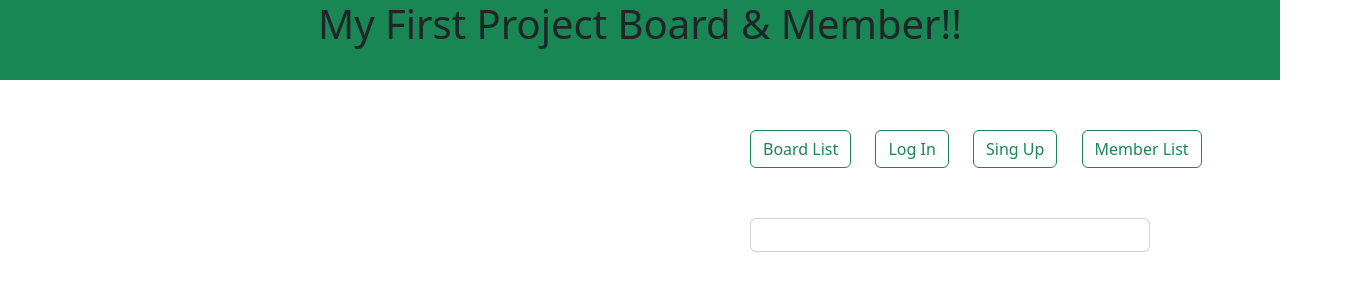
Repository: Raneechoi/java2022_09_03
Page: http://localhost/Project/mem/login_auth
The author's editor kept a copy of each file at every save. The page is drawn from the files as they stood at one save, then again after the next save.
The browser window is 1280 px wide. The page is 1350 px wide, so the pictures cover 1350 px, including what lies to the right of the window. The pictures show the whole page.
The page is served by Tomcat 9. Other server files are loaded and not shown. Queries for data that is not in the repository find no rows.

Above is the page before, as saved 2022-12-08 06:15:22.

### JSP_Board&Member/Project/src/main/webapp/index.jsp
<%@ page language="java" contentType="text/html; charset=UTF-8"
    pageEncoding="UTF-8"%>
<%@ taglib uri="http://java.sun.com/jsp/jstl/core" prefix="c" %>
<!DOCTYPE html>
<html>
<head>
<meta charset="UTF-8">
<title>Insert title here</title>
<!-- CSS only -->
<link href="https://cdn.jsdelivr.net/npm/bootstrap@5.2.2/dist/css/bootstrap.min.css" rel="stylesheet" integrity="sha384-Zenh87qX5JnK2Jl0vWa8Ck2rdkQ2Bzep5IDxbcnCeuOxjzrPF/et3URy9Bv1WTRi" crossorigin="anonymous">
<!-- JavaScript Bundle with Popper -->
<script src="https://cdn.jsdelivr.net/npm/bootstrap@5.2.2/dist/js/bootstrap.bundle.min.js" integrity="sha384-OERcA2EqjJCMA+/3y+gxIOqMEjwtxJY7qPCqsdltbNJuaOe923+mo//f6V8Qbsw3" crossorigin="anonymous"></script>
</head>
<body>
<div style="height: 80px; text-align: center; background-color: #198754;">
	<h1 style="text-align: center;">My First Project Board & Member!!</h1>
</div>

<div style="width: 600px; display:inline-block; margin-left: 750px; margin-top: 50px;">
		<a href="/bor/pageList" style="margin-right: 20px"><button class="btn btn-outline-success">Board List</button></a>
		<a href="/mem/login" style="margin-right: 20px"><button class="btn btn-outline-success">Log In</button></a>
		<a href="/mem/join" style="margin-right: 20px"><button class="btn btn-outline-success">Sing Up</button></a>
		<a href="/mem/list" ><button class="btn btn-outline-success">Member List</button></a>
</div>

<div class="card" style="width: 400px; display:inline-flex; margin-left: 750px; margin-top: 50px; ">
	 <div class="card-body" style="text-align: center;">
		<c:if test="${ses.email ne null && ses.email ne '' }">
			${ses.email } login 하였습니다. <br>
			계정생성일 : ${ses.reg_at } <br>
			마지막 접속 : ${ses.last_login } <br>
			<a href="/mem/modify?email=${ses.email }"><button type="button" class="btn btn-success" style="margin-top: 20px">회원정보 수정</button></a>
			<a href="/mem/logout?email=${ses.email }"><button type="button" class="btn btn-secondary" style="margin-top: 20px">로그아웃</button></a><br>
		</c:if>

		<c:if test="${ses.email ne null && ses.email ne '' }">
			<a href="/bor/register" ><button class="btn btn-success" style="margin-top: 20px">Board Register</button></a>
			<a href="/bor/list"><button class="btn btn-success" style="margin-top: 20px">My Board List</button></a><br>
		</c:if>
	</div>
</div>

<div style="margin-left: 900px; margin-top: 50px; ">
	<c:if test="${ses.email ne null && ses.email ne '' }">
		<a href="/mem/remove?email=${ses.email }"><button class="btn btn-outline-secondary">회원탈퇴</button></a>
	</c:if>
</div>
</body>
</html>

### JSP_Board&Member/Project/src/main/java/controller/MemberController.java
package controller;

import java.io.IOException;
import java.util.List;

import javax.servlet.RequestDispatcher;
import javax.servlet.ServletException;
import javax.servlet.annotation.WebServlet;
import javax.servlet.http.HttpServlet;
import javax.servlet.http.HttpServletRequest;
import javax.servlet.http.HttpServletResponse;
import javax.servlet.http.HttpSession;

import org.slf4j.Logger;
import org.slf4j.LoggerFactory;

import domain.MemberVO;
import service.MemberService;
import service.MemberServiceImpl;


@WebServlet("/mem/*")
public class MemberController extends HttpServlet {
	private static final long serialVersionUID = 1L;
	private static final Logger log = LoggerFactory.getLogger(MemberController.class);
    private RequestDispatcher rdp;
    private String destPage; //목적지 주소 기록 변수
    private int isOK;

    private MemberService msv; // interface로 생성 - service패키지에

    public MemberController() {
    	msv = new MemberServiceImpl();
    }

	protected void service(HttpServletRequest req, HttpServletResponse res) throws ServletException, IOException {
		req.setCharacterEncoding("utf-8");
		res.setCharacterEncoding("utf-8");
		res.setContentType("text/html; charset=utf-8");

		String uri = req.getRequestURI();
		String path = uri.substring(uri.lastIndexOf("/")+1);

		log.info(">>> URI > "+uri);
		log.info(">>> Path > "+path);
		switch (path) {
		case "login":
			destPage = "/member/login.jsp";
			break;

		case "login_auth":
			try {
				MemberVO mvo = msv.login(
						new MemberVO(
								req.getParameter("email"),
								req.getParameter("pwd")
								));
				log.info("login 객체 input");
				if(mvo != null) {
					//세션 가져오기. 연결된 세션이 없다면 새로 생성
					HttpSession ses = req.getSession();
					//ses로 mvo를 바인딩
					ses.setAttribute("ses", mvo);
					ses.setMaxInactiveInterval(10*60);  // 로그인 유지시간(10분)
				}else {
					req.setAttribute("msg_login", 0);
				}
				destPage="/";

			} catch (Exception e) {
				// TODO: handle exception
				e.printStackTrace();
			}
			break;

		case "join":
			try {
				destPage = "/member/join.jsp";
			} catch (Exception e) {
				e.printStackTrace();
			}
			break;

		case "register":
			isOK = msv.register(new MemberVO(
					req.getParameter("email"),
					req.getParameter("pwd"),
					req.getParameter("nick_name")
					));
			log.info(">>> join > "+(isOK > 0 ?"ok" :"fail"));
			destPage="login";
			break;

		case "logout":
			// 연결된 세션이 있다면 해당 세션을 가져오기
			try {
				HttpSession ses = req.getSession();
				ses.invalidate();  // 세션 끊기
				// 로그인된 email을 주고 로그인 시간 update
				isOK = msv.lastLogin(req.getParameter("email"));
				log.info(">>> lastLogin > "+(isOK > 0 ?"ok" :"fail"));
				destPage="/index.jsp";
			} catch (Exception e) {
				e.printStackTrace();
			}
			break;

		case "list":
			try {
				List<MemberVO> list = msv.getlist();
				req.setAttribute("list", list);
				destPage="/member/list.jsp";
			} catch (Exception e) {
				e.printStackTrace();
			}
			break;

		case "modify":
			try {
				log.info("modify check 1");
				MemberVO mvo = msv.selectOne(req.getParameter("email"));
				req.setAttribute("mvo", mvo);

				log.info("modify check 2");
				destPage = "/member/update.jsp";
			} catch (Exception e) {
				e.printStackTrace();
			}
			break;

		case "update":
			try {
				MemberVO mvo = new MemberVO(req.getParameter("email"), req.getParameter("pwd"), req.getParameter("nick_name"));
				int isOk = msv.update(mvo);
				destPage = "/";
			} catch (Exception e) {
				e.printStackTrace();
			}
			break;

		case "remove":
			try {
				HttpSession ses = req.getSession();
				ses.invalidate();  // 세션 끊기
				// 로그인된 email을 주고 로그인 시간 update
				isOK = msv.remove(req.getParameter("email"));
				log.info(">>> remove > "+(isOK > 0 ?"ok" :"fail"));
				destPage="/";

			} catch (Exception e) {
				e.printStackTrace();
			}
			break;

		default:
			break;
		}
		// 목적지 주소 값 세팅
		rdp = req.getRequestDispatcher(destPage);
		// 정보 싣고 보내기
		rdp.forward(req, res);
	}

	protected void doGet(HttpServletRequest req, HttpServletResponse res) throws ServletException, IOException {
		service(req, res);
	}

	protected void doPost(HttpServletRequest req, HttpServletResponse res) throws ServletException, IOException {
		service(req, res);
	}
}

### JSP_Board&Member/Project/src/main/java/service/MemberServiceImpl.java
package service;

import java.util.List;

import org.slf4j.Logger;
import org.slf4j.LoggerFactory;

import controller.MemberController;
import domain.MemberVO;
import repository.MemberDAO;
import repository.MemberDAOImpl;

public class MemberServiceImpl implements MemberService {

	private MemberDAO mdao;
	private static final Logger log = LoggerFactory.getLogger(MemberController.class);

	public MemberServiceImpl() {
		mdao = new MemberDAOImpl();
	}

	@Override
	public MemberVO login(MemberVO mvo) {
		log.info("login check 2");
		return mdao.selectOne(mvo);
	}

	@Override
	public int register(MemberVO mvo) {
		log.info("register check 2");
		return mdao.insert(mvo);
	}

	@Override
	public int lastLogin(String email) {
		log.info("lastLogin check 2");
		return mdao.update(email);
	}

	@Override
	public List<MemberVO> getlist() {
		log.info("list check 2");
		return mdao.listall();
	}

	@Override
	public int modify(MemberVO mvo) {
		log.info("modify check 2");
		return mdao.update(mvo);
	}

	@Override
	public MemberVO selectOne(String email) {
		// TODO Auto-generated method stub
		return mdao.selectOne(email);
	}

	@Override
	public int update(MemberVO mvo) {
		// TODO Auto-generated method stub
		return mdao.update(mvo);
	}

	@Override
	public int remove(String email) {
		// TODO Auto-generated method stub
		return mdao.remove(email);
	}
}

### JSP_Board&Member/Project/src/main/java/repository/MemberDAO.java
package repository;

import java.util.List;

import domain.MemberVO;

public interface MemberDAO {

	MemberVO selectOne(MemberVO mvo);

	int insert(MemberVO mvo);

	int update(String email);

	List<MemberVO> listall();

	int update(MemberVO mvo);

	MemberVO selectOne(String email);

	int remove(String email);

}

### JSP_Board&Member/Project/src/main/java/repository/MemberDAOImpl.java
package repository;

import java.util.List;

import org.apache.ibatis.session.SqlSession;
import org.slf4j.Logger;
import org.slf4j.LoggerFactory;

import domain.MemberVO;
import orm.DatabaseBuilder;

public class MemberDAOImpl implements MemberDAO {

	private static final Logger log = LoggerFactory.getLogger(MemberDAOImpl.class);
	private SqlSession sql;
	private final String NS = "MemberMapper.";

	public MemberDAOImpl() {
		new DatabaseBuilder();
		sql = DatabaseBuilder.getFactory().openSession();
	}

	@Override
	public MemberVO selectOne(MemberVO mvo) {
		log.info("login check 3");
		return sql.selectOne(NS+"login",mvo);
	}

	@Override
	public int insert(MemberVO mvo) {
		log.info("join check 3");
		int isOK = sql.insert(NS+"reg",mvo);
		if(isOK > 0) {
			sql.commit();
		}
		return isOK;
	}

	@Override
	public int update(String email) {
		log.info("lastLogin check 3");
		int isOK = sql.update(NS+"last", email);
		if(isOK > 0) sql.commit();
		return isOK;
	}

	@Override
	public List<MemberVO> listall() {
		log.info("list check 3");
		return sql.selectList(NS+"list");
	}

	@Override
	public int update(MemberVO mvo) {
		log.info("modify check 3");
		int isOK = sql.update(NS+"modify",mvo);
		if(isOK > 0) sql.commit();
		return isOK;
	}

	@Override
	public MemberVO selectOne(String email) {
		// TODO Auto-generated method stub
		return sql.selectOne(NS+"getOne", email);
	}

	@Override
	public int remove(String email) {
		// TODO Auto-generated method stub
		int isOK = sql.delete(NS+"remove",email);
		if(isOK > 0) sql.commit();
		return isOK;
	}

}

### JSP_Board&Member/Project/src/main/java/orm/DatabaseBuilder.java
package orm;

import org.apache.ibatis.io.Resources;
import org.apache.ibatis.session.SqlSessionFactory;
import org.apache.ibatis.session.SqlSessionFactoryBuilder;

public class DatabaseBuilder {

	private static SqlSessionFactory factory;

	static {
		try {
			factory = new SqlSessionFactoryBuilder()
					.build(Resources.getResourceAsReader("orm/MybatisConfig.xml"));
		} catch (Exception e) {
			e.printStackTrace();
		}
	}

	public static SqlSessionFactory getFactory() {
		return factory;
	}

}

### JSP_Board&Member/Project/src/main/java/domain/MemberVO.java
package domain;

public class MemberVO {

	private String email;
	private String pwd;
	private String nick_name;
	private String reg_at;
	private String last_login;

	public MemberVO() {}

	//login : email, pwd
	public  MemberVO(String email, String pwd) {
		this.email = email;
		this.pwd = pwd;
	}

	// join,modify : email, pwd, nick_name
	public MemberVO(String email, String pwd, String nick_name) {
		this.email = email;
		this.pwd = pwd;
		this.nick_name = nick_name;
	}

	// list : all
	public MemberVO(String email, String pwd, String nick_name, String reg_at, String last_login) {
		this.email = email;
		this.pwd = pwd;
		this.nick_name = nick_name;
		this.reg_at = reg_at;
		this.reg_at = last_login;
	}

	public String getEmail() {
		return email;
	}

	public void setEmail(String email) {
		this.email = email;
	}

	public String getPwd() {
		return pwd;
	}

	public void setPwd(String pwd) {
		this.pwd = pwd;
	}

	public String getNick_name() {
		return nick_name;
	}

	public void setNick_name(String nick_name) {
		this.nick_name = nick_name;
	}

	public String getReg_at() {
		return reg_at;
	}

	public void setReg_at(String reg_at) {
		this.reg_at = reg_at;
	}

	public String getLast_login() {
		return last_login;
	}

	public void setLast_login(String last_login) {
		this.last_login = last_login;
	}

}

### JSP_Board&Member/Project/src/main/java/domain/BoardVO.java
package domain;

public class BoardVO {

	private int bno;
	private String title;
	private String writer;
	private String content;
	private String reg_date;
	private int read_count;
	private String image_file;

	public BoardVO() {}

	// insert(title, writer, content)
	public BoardVO(String title, String writer, String content) {
		this.title = title;
		this.writer = writer;
		this.content = content;
	}

	// list(bno, title, writer, reg_date, read_count)
	public BoardVO(int bno, String title, String writer, String reg_date, int read_count) {
		this.bno = bno;
		this.title = title;
		this.writer = writer;
		this.reg_date = reg_date;
		this.read_count = read_count;
	}

	// detail (all)
	public BoardVO(int bno, String title, String writer, String content, String reg_date, int read_count, String image_file) {
		this.bno = bno;
		this.title = title;
		this.writer = writer;
		this.content = content;
		this.reg_date = reg_date;
		this.read_count = read_count;
		this.image_file = image_file;
	}

	// update(bno, title, content)
	public BoardVO(int bno, String title, String content) {
		this.bno = bno;
		this.title = title;
		this.content = content;
	}

	//(bno, read_count)
	public BoardVO(int bno, int read_count) {
		this.bno = bno;
		this.read_count = read_count;
	}

	public int getBno() {
		return bno;
	}

	public void setBno(int bno) {
		this.bno = bno;
	}

	public String getTitle() {
		return title;
	}

	public void setTitle(String title) {
		this.title = title;
	}

	public String getWriter() {
		return writer;
	}

	public void setWriter(String writer) {
		this.writer = writer;
	}

	public String getContent() {
		return content;
	}

	public void setContent(String content) {
		this.content = content;
	}

	public String getReg_date() {
		return reg_date;
	}

	public void setReg_date(String reg_date) {
		this.reg_date = reg_date;
	}

	public int getRead_count() {
		return read_count;
	}

	public void setRead_count(int read_count) {
		this.read_count = read_count;
	}

	public String getImage_file() {
		return image_file;
	}

	public void setImage_file(String image_file) {
		this.image_file = image_file;
	}

}

### JSP_Board&Member/Project/src/main/java/domain/PagingVO.java
package domain;

public class PagingVO {

	private int pageNo;  // 현재 화면에 출력되는 페이지네이션 번호
	private int qty;     // 한 페이지당 보여줄 게시글 수

	public PagingVO() {  // 페이지네이션을 클릭하기 전 기본 리스트 출력 값
		this(1,10);
	}

	public PagingVO(int pageNo, int qty) {
		this.pageNo = pageNo;
		this.qty = qty;
	}

	public int getPageStart() {
		return (this.pageNo-1)*qty;   // 시작페이지 번호 구하기
	}

	public int getPageNo() {
		return pageNo;
	}

	public void setPageNo(int pageNo) {
		this.pageNo = pageNo;
	}

	public int getQty() {
		return qty;
	}

	public void setQty(int qty) {
		this.qty = qty;
	}


}

### JSP_Board&Member/Project/src/main/java/domain/CommentVO.java
package domain;

public class CommentVO {

	private int cno;
	private int bno;
	private String writer;
	private String content;
	private String reg_at;

	public CommentVO() { }

	// post(bno, writer, content)
	public CommentVO(int bno, String writer, String content) {
		this.bno = bno;
		this.writer = writer;
		this.content = content;
	}

	// modify
	public CommentVO(int cno, String content) {
		this.cno = cno;
		this.content = content;
	}

	// list(bno, cno, writer, content, reg_at)
	public CommentVO(int cno, int bno, String writer, String content, String reg_at) {
		this.cno = cno;
		this.bno = bno;
		this.writer = writer;
		this.content = content;
		this.reg_at = reg_at;
	}

	public int getCno() {
		return cno;
	}

	public void setCno(int cno) {
		this.cno = cno;
	}

	public int getBno() {
		return bno;
	}

	public void setBno(int bno) {
		this.bno = bno;
	}

	public String getWriter() {
		return writer;
	}

	public void setWriter(String writer) {
		this.writer = writer;
	}

	public String getContent() {
		return content;
	}

	public void setContent(String content) {
		this.content = content;
	}

	public String getReg_at() {
		return reg_at;
	}

	public void setReg_at(String reg_at) {
		this.reg_at = reg_at;
	}


}

After the next save:
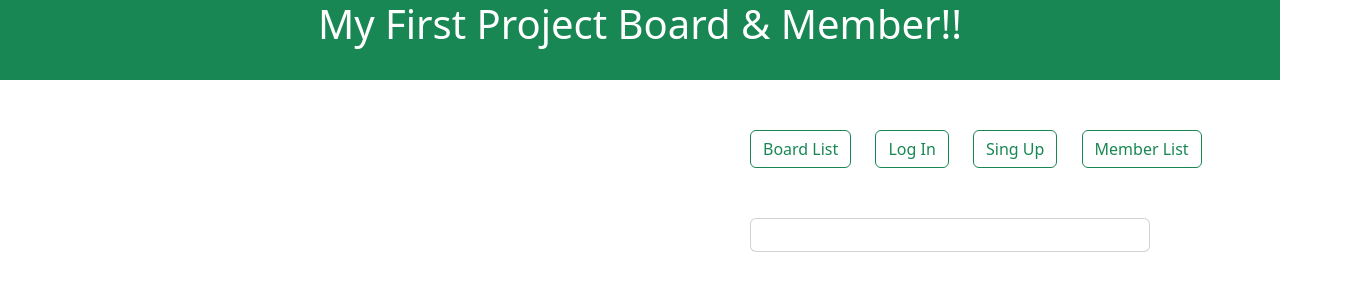
Saved 11 s later.
--- a/JSP_Board&Member/Project/src/main/webapp/index.jsp
+++ b/JSP_Board&Member/Project/src/main/webapp/index.jsp
@@ -12,7 +12,7 @@
 <script src="https://cdn.jsdelivr.net/npm/bootstrap@5.2.2/dist/js/bootstrap.bundle.min.js" integrity="sha384-OERcA2EqjJCMA+/3y+gxIOqMEjwtxJY7qPCqsdltbNJuaOe923+mo//f6V8Qbsw3" crossorigin="anonymous"></script>
 </head>
 <body>
-<div style="height: 80px; text-align: center; background-color: #198754;">
+<div style="height: 80px; text-align: center; color:white; background-color: #198754;">
 	<h1 style="text-align: center;">My First Project Board & Member!!</h1>
 </div>
 
